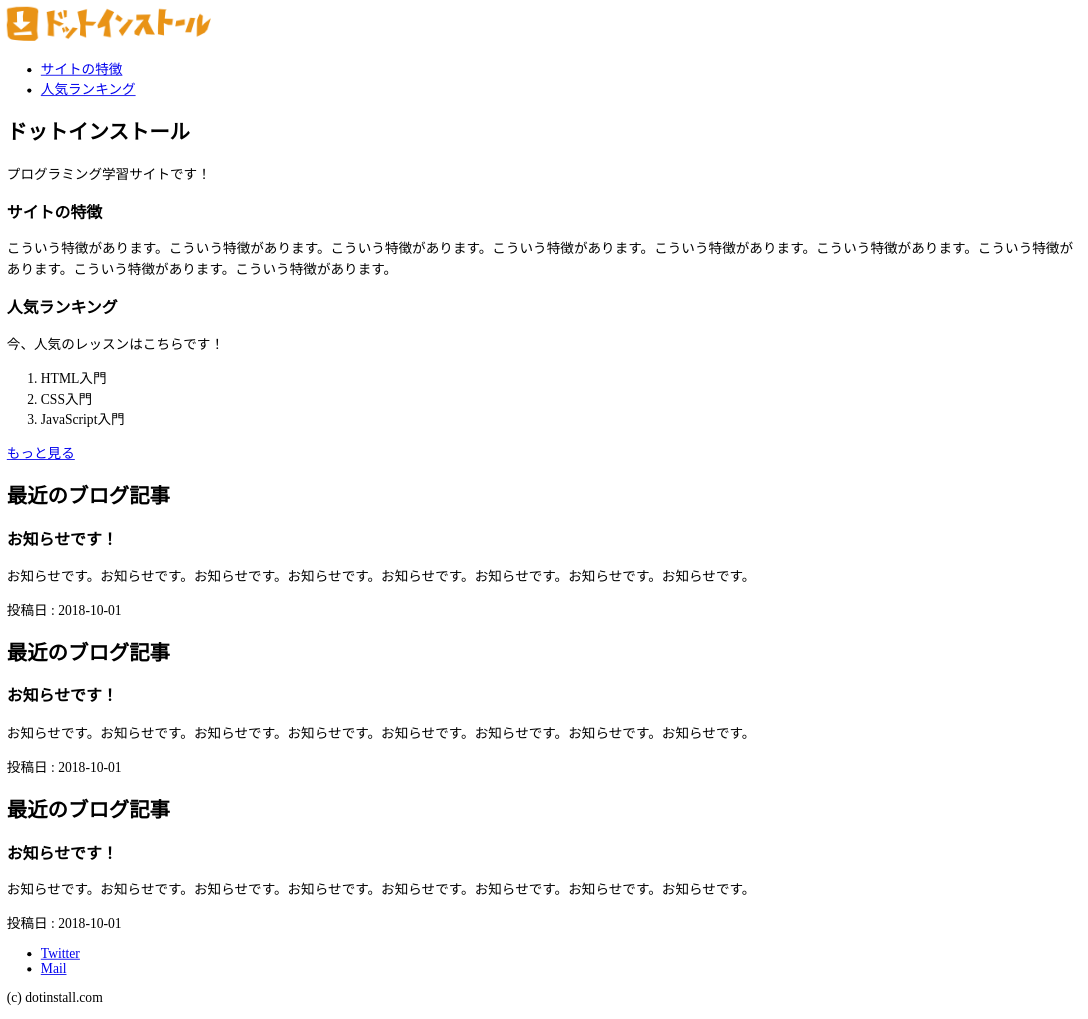
Repository: kojimayu/dotinstall-html
Page: index.html
An editor plug-in stored every save of this project. The page is shown before and after the next save, followed by the edit.
The browser window is 1280 px wide. The pictures show the whole page, at 85% of full size.

Above is the page before, as saved 2019-04-05 10:59:06.

### index.html
<!DOCTYPE html>
<html lang="ja">

<head>
  <meta charset="UTF-8">
  <title>ドットインストール</title>
  <meta name="description" content="プログラミング学習サイトのドットインストールです。">
  <link rel="icon" href="img/favicon.ico">
</head>

<body>
  <header>
    <img src="img/logo.png" alt="ドットインストールのロゴです" width="240" height="40">
    <nav>
      <ul>
        <li><a href="#about">サイトの特徴</a></li>
        <li><a href="#ranking">人気ランキング</a></li>
      </ul>
    </nav>
  </header>

  <section>
    <h1>ドットインストール</h1>
    <p>プログラミング学習サイトです！</p>
    <section>
      <h1 id="about">サイトの特徴</h1>
      <p>こういう特徴があります。こういう特徴があります。こういう特徴があります。こういう特徴があります。こういう特徴があります。こういう特徴があります。こういう特徴があります。こういう特徴があります。こういう特徴があります。
      </p>
    </section>
    <section>
      <h1 id="ranking">人気ランキング</h1>
      <p>今、人気のレッスンはこちらです！</p>
      <ol>
        <li>HTML入門</li>
        <li>CSS入門</li>
        <li>JavaScript入門</li>
      </ol>
      <p><a href="more_lessons.html">もっと見る</a></p>
    </section>
  </section>

  <section>
    <h1>最近のブログ記事</h1>
    <article>
      <h1>お知らせです！</h1>
      <p>お知らせです。お知らせです。お知らせです。お知らせです。お知らせです。お知らせです。お知らせです。お知らせです。</p>
      <footer>
        <p>
          投稿日 :
          <time>2018-10-01</time>
        </p>
      </footer>
    </article>
  </section>
  <section>
    <h1>最近のブログ記事</h1>
    <article>
      <h1>お知らせです！</h1>
      <p>お知らせです。お知らせです。お知らせです。お知らせです。お知らせです。お知らせです。お知らせです。お知らせです。</p>
      <footer>
        <p>
          投稿日 :
          <time>2018-10-01</time>
        </p>
      </footer>
    </article>
  </section>
  <section>
    <h1>最近のブログ記事</h1>
    <article>
      <h1>お知らせです！</h1>
      <p>お知らせです。お知らせです。お知らせです。お知らせです。お知らせです。お知らせです。お知らせです。お知らせです。</p>
      <footer>
        <p>
          投稿日 :
          <time>2018-10-01</time>
        </p>
      </footer>
    </article>
  </section>

  <footer>
    <ul>
      <li><a href="https://twitter.com/dotinstall" target="_blank">Twitter</a></li>
      <li><a href="mailto:taguchi@gmail.com" target="_blank">Mail</a></li>
    </ul>
    <p>(c) dotinstall.com</p>
  </footer>
</body>
</html>

After the next save:
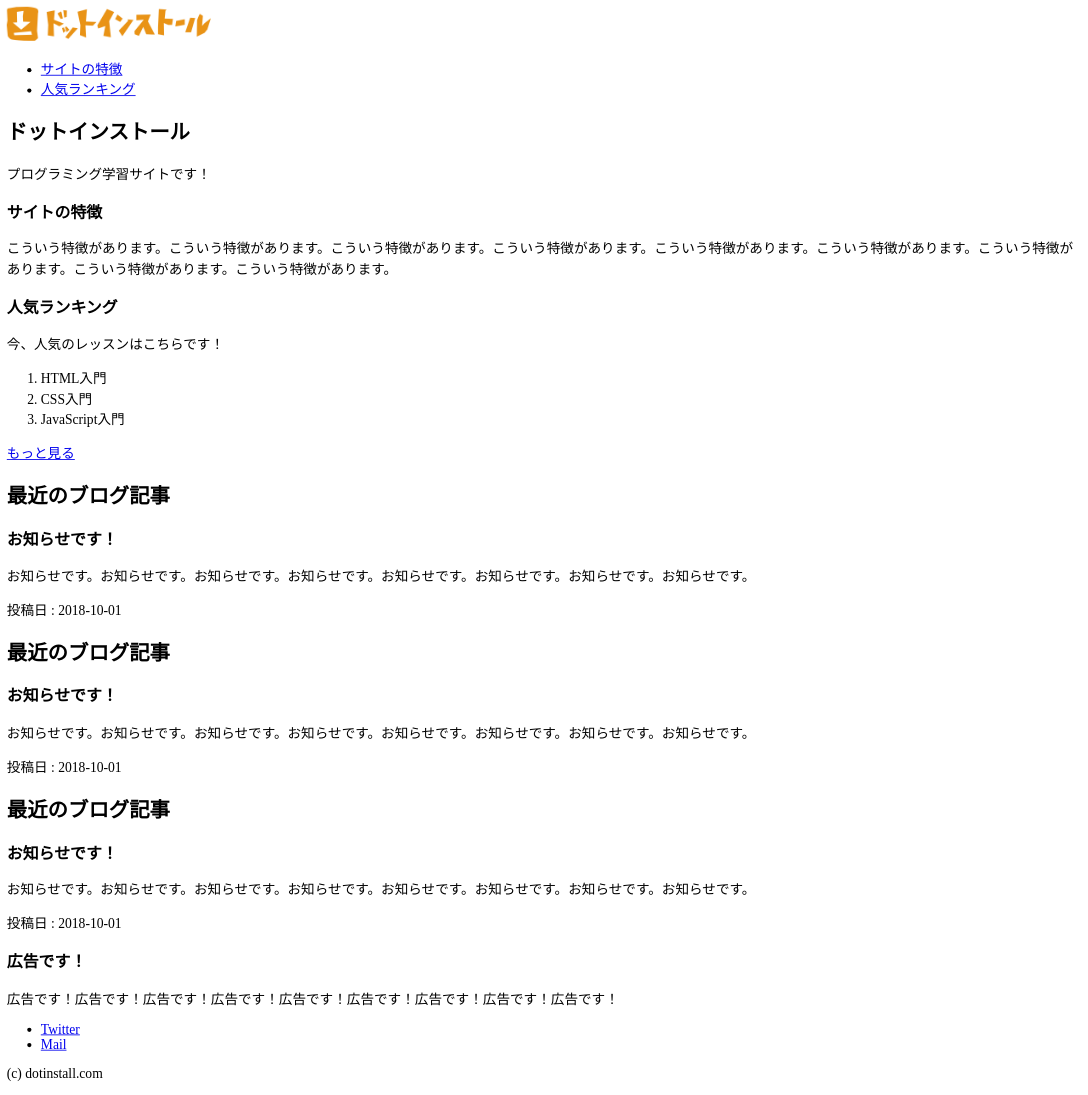
Saved 73 min 40 s later.
--- a/index.html
+++ b/index.html
@@ -77,6 +77,11 @@
         </p>
       </footer>
     </article>
+
+    <aside>
+      <h1>広告です！</h1>
+      <p>広告です！広告です！広告です！広告です！広告です！広告です！広告です！広告です！広告です！</p>
+    </aside>
   </section>
 
   <footer>
